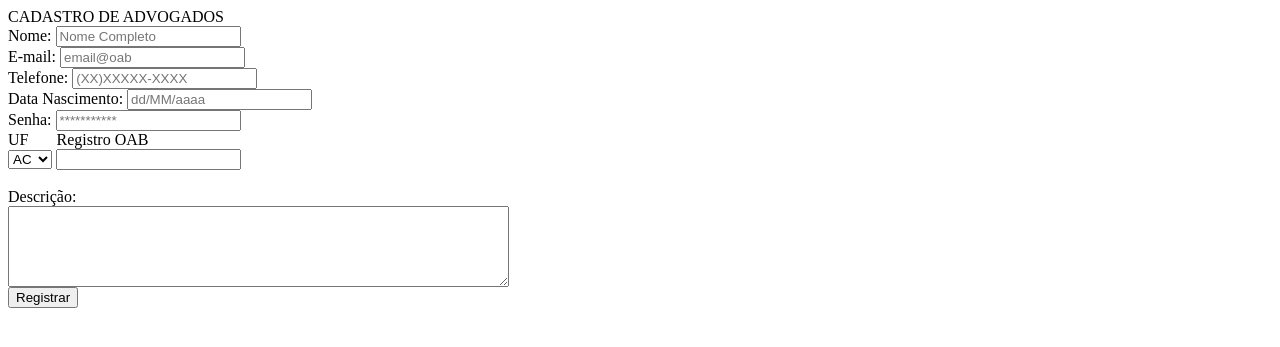
Repository: Natan16/CRUDJUSTTO
Page: http://localhost/CRUDJUSTTOWEB/adiciona-advogado.jsp
These files come from the project's save history. The page is drawn as it stood at one moment and after the next save; the edit follows.
The browser window is 1280 px wide. The pictures show the whole page.
The page is served by Tomcat 9.

Above is the page before, as saved 2019-08-31 19:26:07.

After the next save:
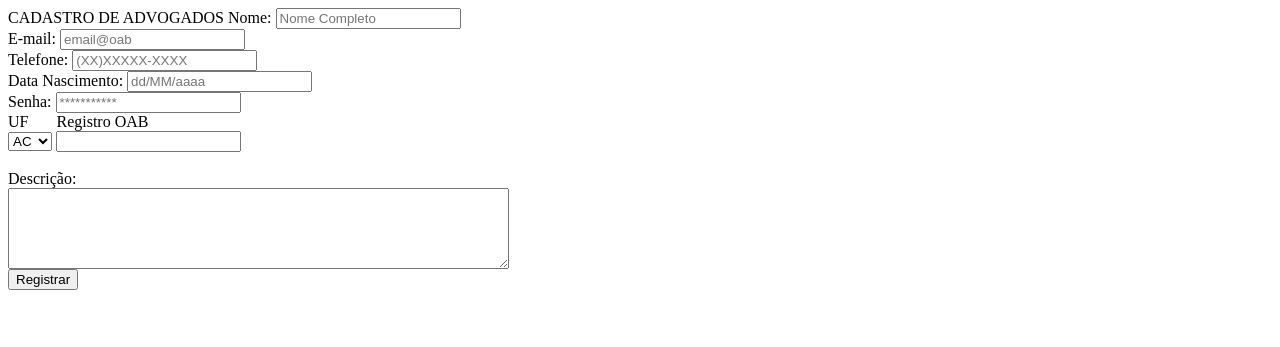
Saved 4 min 55 s later.
--- a/CRUDJUSTTOWEB/WebContent/adiciona-advogado.jsp
+++ b/CRUDJUSTTOWEB/WebContent/adiciona-advogado.jsp
@@ -6,12 +6,12 @@
 <html>
      <body>
          CADASTRO DE ADVOGADOS
-         <form action="adicionaAdvogado" method="post">
+
              Nome: <input type="text" name="nome" placeholder="Nome Completo" required/><br />
              E-mail: <input type="text" name="email" placeholder="email@oab"/><br />
              Telefone: <input type="text" name="telefone" placeholder="(XX)XXXXX-XXXX"/><br />
              Data Nascimento: <input type="text" name="dataNascimento" placeholder="dd/MM/aaaa"/><br />
-             Senha: <input type="text" name="senha" placeholder="***********" required/><br />
+             Senha: <input type="password" name="senha" placeholder="***********" required/><br />
 
                           UF &nbsp;&emsp; Registro OAB <br />
              <select name="ufOAB">

After the save that followed:
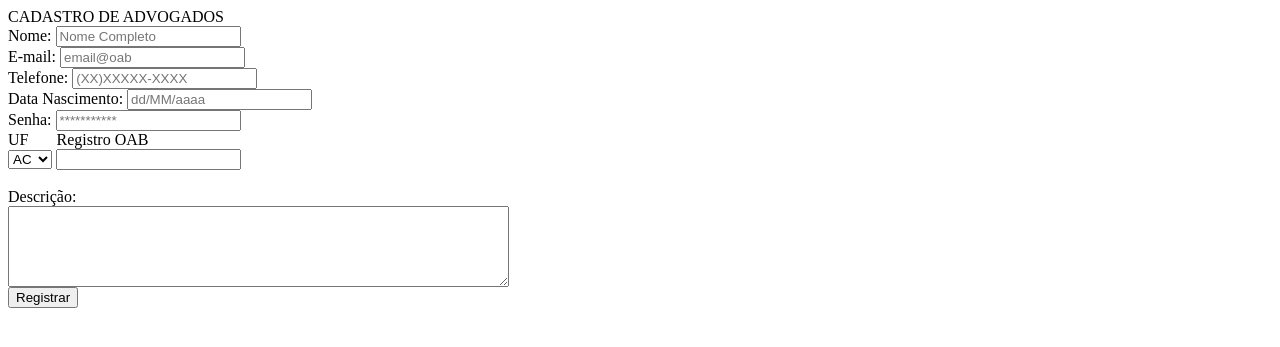
Saved 26 s later.
--- a/CRUDJUSTTOWEB/WebContent/adiciona-advogado.jsp
+++ b/CRUDJUSTTOWEB/WebContent/adiciona-advogado.jsp
@@ -5,7 +5,7 @@
 
 <html>
      <body>
-         CADASTRO DE ADVOGADOS
+         CADASTRO DE ADVOGADOS<br />
 
              Nome: <input type="text" name="nome" placeholder="Nome Completo" required/><br />
              E-mail: <input type="text" name="email" placeholder="email@oab"/><br />
